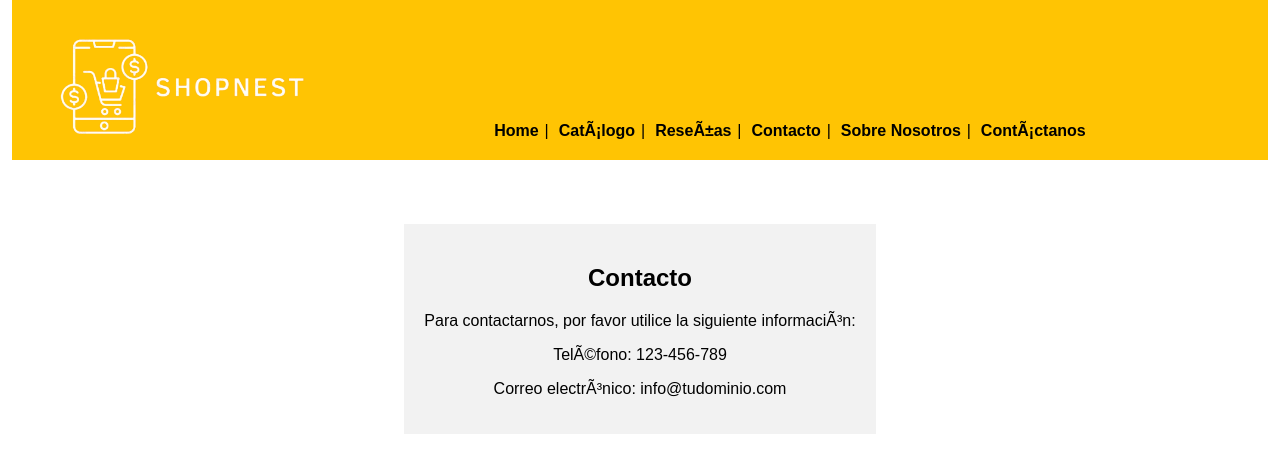
Repository: Regmalek07/ProyectoU
Page: contacto.html
These files come from the project's save history. The page is drawn as it stood at one moment and after the next save; the edit follows.
The browser window is 1280 px wide. The pictures show the whole page.

Above is the page before, as saved 2024-04-29 04:44:10.

After the next save:
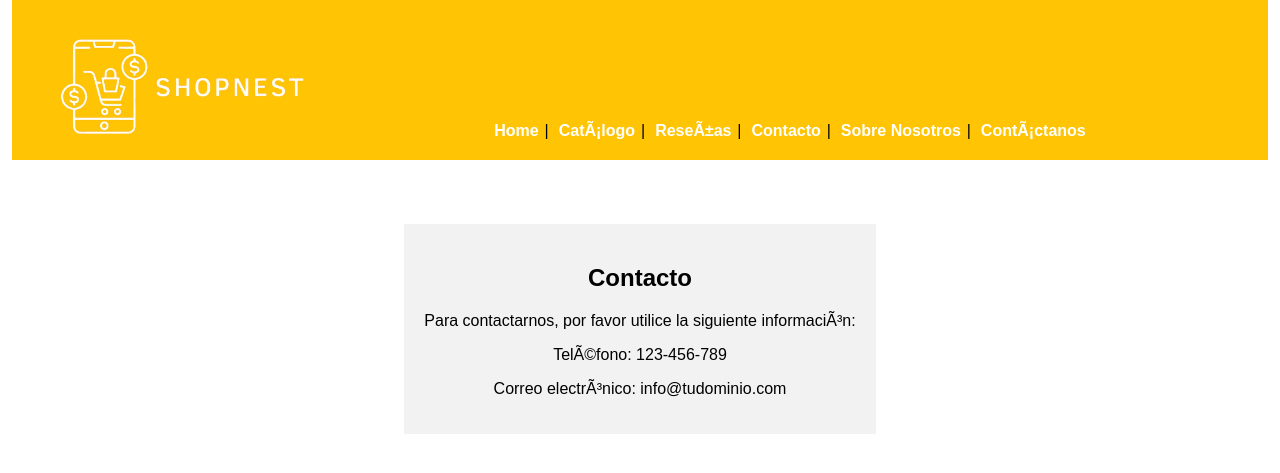
Saved 1 s later.
--- a/styles3.css
+++ b/styles3.css
@@ -80,10 +80,10 @@
 
 nav a {
     text-decoration: none;
-    color: #000; /* Cambia el color de texto según tu preferencia */
+    color: #fff; /* Cambia el color de texto según tu preferencia */
     font-weight: bold;
 }
 
 nav a:hover {
-    color: #007bff; /* Cambia el color de texto al pasar el mouse */
+    color: #bdb7b6; /* Cambia el color de texto al pasar el mouse */
 }
